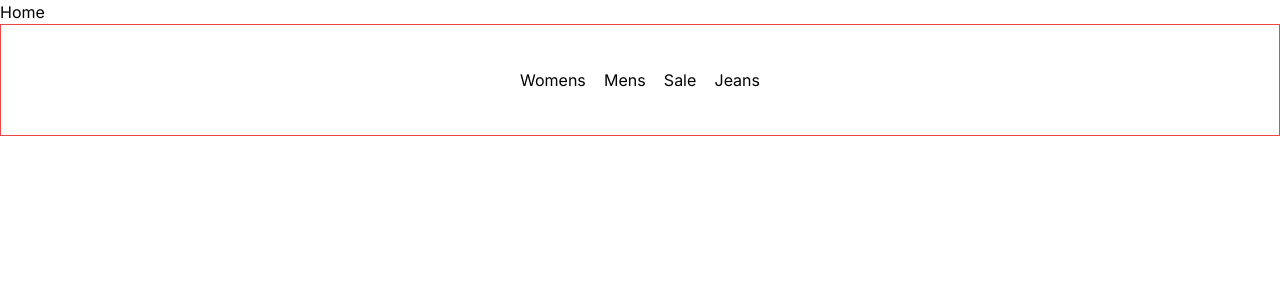
Repository: harrywebb21/stil-clothing
Page: /
The author's editor kept a copy of each file at every save. The page is drawn from the files as they stood at one save, then again after the next save.
The browser window is 1280 px wide. The pictures show the whole page.
The project was rebuilt for these pictures with package versions that can differ from the ones it lists, and the page was loaded fresh each time. The framework's server and built-in components were replaced by stand-ins that run in the browser. Also part of the build but not shown: next.config.js.

Above is the page before, as saved 2023-06-08 15:44:25.

After the next save:
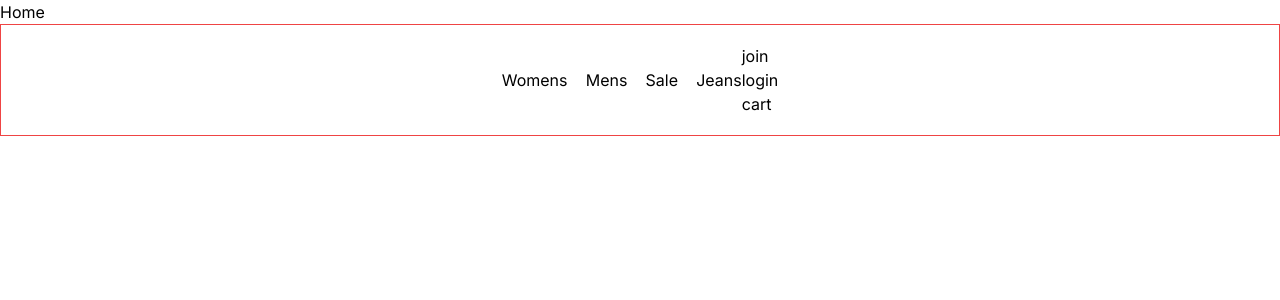
Saved 109 s later.
--- a/src/app/components/Navbar.js
+++ b/src/app/components/Navbar.js
@@ -15,6 +15,18 @@ export default function Navbar() {
           <a href="/jeans">Jeans</a>
         </li>
       </ul>
+
+      <ul>
+        <li>
+          <a>join</a>
+        </li>
+        <li>
+          <a>login</a>
+        </li>
+        <li>
+          <a>cart</a>
+        </li>
+      </ul>
     </div>
   );
 }
